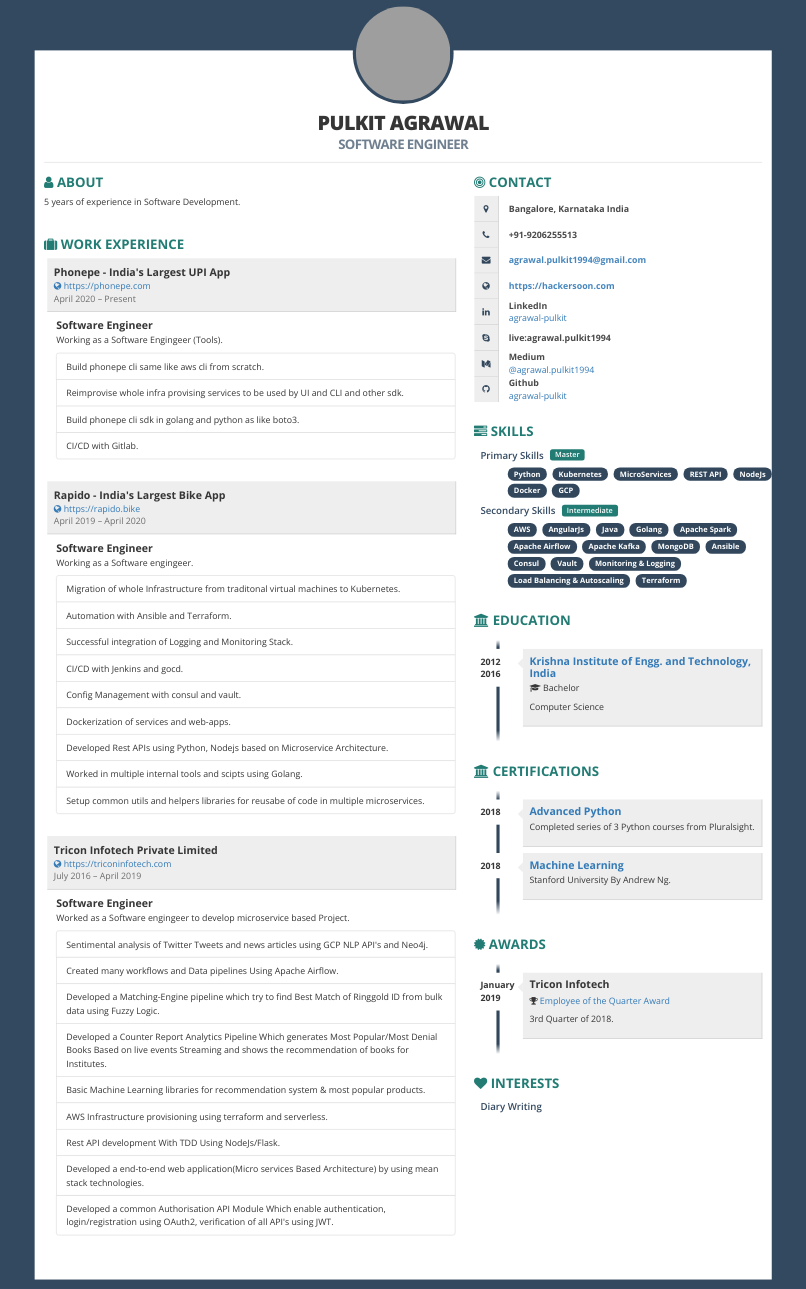
Repository: agrawal-pulkit/pulkit_resume
Page: public/pulkit.html
An editor plug-in stored every save of this project. The page is shown before and after the next save, followed by the edit.
The browser window is 1280 px wide. The pictures show the whole page, at 63% of full size.
Pictures or frames that could not be fetched are drawn as grey boxes.

Above is the page before, as saved 2021-09-22 13:57:35.

### public/pulkit.html
<!DOCTYPE html>
<html lang="en">
  <head>
    <meta http-equiv="Content-Type" content="text/html; charset=UTF-8">
    <meta charset="utf-8">
    <meta http-equiv="X-UA-Compatible" content="IE=edge,chrome=1">
    <meta name="viewport" content="width=device-width, initial-scale=1">
    <title>Resume of Pulkit Agrawal</title>
    <link href="https://maxcdn.bootstrapcdn.com/bootstrap/3.3.7/css/bootstrap.min.css" rel="stylesheet">
    <link href="https://maxcdn.bootstrapcdn.com/font-awesome/4.7.0/css/font-awesome.min.css" rel="stylesheet">
    <style type="text/css">
    @import url(https://fonts.googleapis.com/css?family=Open+Sans:400,600,700,800);
@charset "utf-8";
@-webkit-viewport   { width: device-width; }
@-moz-viewport      { width: device-width; }
@-ms-viewport       { width: device-width; }
@-o-viewport        { width: device-width; }
@viewport           { width: device-width; }

body{
  font-family: 'Open Sans', Arial, Tahoma;
  font-weight: 400;
  color: #363636;
  background: #334960;
}
blockquote {
  font-size: 1em;
}

.container{
  margin-top: 80px;
  margin-bottom: 15px;
  background: #fff;
}

#photo-header{
  margin-top: -75px;
}
#photo{
  width: 160px;
  height: 160px;
  border-radius: 50%;
  overflow: hidden;
  padding: 5px;
  background: #334960;
  display: inline-block;
}
#photo img{
  width: 150px;
  height: 150px;
  border-radius: 50%;
}
#text-header h1{
  margin: 0;
  padding: 0;
  font-size: 1.5em;
  font-weight: 700;
  text-transform: uppercase;
  letter-spacing: -1px;
}
#text-header h1::first-line{
  font-size: 1.5em;
  font-weight: 800;
  line-height: 1.5em;
}
#text-header h1 span{
  color: #334960;
  opacity: 0.7;
}
#text-header h1 sup{
  opacity: 0.5;
}
#text-header:after{
  width: 100%;
  height: 3px;
  border-bottom: 1px solid #ddd;
  margin-top: 15px;
  content: '';
  display: block;
}

.box{
  padding-bottom: 10px;
  margin-bottom: 25px;
}
.box h2{
  color: #227c74;
  font-size: 1.5em;
  font-weight: 700;
  text-transform: uppercase;
}

#awards,
#education{
  margin-top: 20px;
  margin-bottom: 0;
  position: relative;
  padding: 1em 0;
  list-style: none;
}
#awards:before,
#education:before {
  width: 5px;
  height: 100%;
  position: absolute;
  left: 35px;
  top: 0;
  content: ' ';
  display: block;
  background: #32475c;
  background: -moz-linear-gradient(top,  #ffffff 0%, #32475c 7%, #32475c 89%, #ffffff 100%);
  background: -webkit-gradient(linear, left top, left bottom, color-stop(0%,#ffffff), color-stop(7%,#32475c), color-stop(89%,#32475c), color-stop(100%,#ffffff));
  background: -webkit-linear-gradient(top,  #ffffff 0%,#32475c 7%,#32475c 89%,#ffffff 100%);
  background: -o-linear-gradient(top,  #ffffff 0%,#32475c 7%,#32475c 89%,#ffffff 100%);
  background: -ms-linear-gradient(top,  #ffffff 0%,#32475c 7%,#32475c 89%,#ffffff 100%);
  background: linear-gradient(to bottom,  #ffffff 0%,#32475c 7%,#32475c 89%,#ffffff 100%);
  filter: progid:DXImageTransform.Microsoft.gradient( startColorstr='#ffffff', endColorstr='#ffffff',GradientType=0 );
}
#awards li,
#education li{
  width: 100%;
  z-index: 2;
  position: relative;
  float: left;
}
#awards .year,
#education .year{
  width: 14%;
  background: #fff;
  padding: 10px;
  font-weight: 700;
  display: inline-block;
}
#awards .description,
#education .description{
  width: 83%;
  display: inline-block;
  background: #eee;
  margin-bottom: 10px;
  position: relative;
  padding: 10px;
  border-bottom: 1px solid #ccc;
  border-right: 1px solid #ccc;
}
#awards .description:after,
#education .description:after {
  content: '';
  position: absolute;
  top: 15px;
  right: 0;
  left: -16px;
  height: 0;
  width: 0;
  border: solid transparent;
  border-right-color: #eee;
  border-width: 8px;
  pointer-events: none;
}
#awards .description h3,
#education .description h3{
  font-size: 1.2em;
  margin: 0;
  padding: 0;
  font-weight: 700;
}
#awards .description p,
#education .description p{
  margin-top: 5px;
  padding: 0;
}

.job{
  margin-bottom: 15px;
}
.job .details {
  margin-left: 3%;
  width: 95%;
  padding: 10px;
  margin-bottom: 10px;
  background: #eee;
  border-bottom: 1px solid #ccc;
  border-right: 1px solid #ccc;
}
.job .where{
  font-size: 1.2em;
  font-weight: bold;
}
.job .year{
  opacity: 0.7;
}
.job .profession{
  font-size: 1.2em;
  font-weight: bold;
}
.job .description{
  line-height: 1.5em;
}
.job .highlights{
  padding: 5px 0;
  font-weight: bold;
}
.job .job-details {
  padding-left: 5%;
  width: 100%;
}
.publication {
  margin-bottom: 0;
}
.publication .name{
  font-size: 1em;
  font-weight: bold;
}
.publication .year{
    opacity: 0.7;
}
.publication p{
  margin: 0;
  padding-top: 10px;
}

.contact-item{
  width: 100%;
  float: left;
}
.contact-item .icon{
  padding: 10px;
  border-right: 1px solid #ccc;
  border-bottom: 1px solid #ccc;
  color: #32475c;
  background: #eee;
}
.contact-item:last-child .icon{
  border-bottom: none;
}
.contact-item .title{
  width: 80%;
  width: calc(100% - 55px);
  font-weight: 700;
  opacity: 0.9;
}
.contact-item .title.only{
  margin-top: 10px;
}
.contact-item .description{
  width: 80%;
  width: calc(100% - 55px);
  color: #334960;
}

.item-interests,
.item-skills{
  height: 30px;
  color: #334960;
  padding: 5px 10px;
  margin-bottom: 5px;
  white-space: nowrap;
  overflow: hidden;
  text-overflow: ellipsis;
  font-size: 1.1em;
  font-weight: 600;
}
.interest,
.skill{
  color: #fff;
  display: inline-block;
  margin-right: 5px;
  margin-bottom: 5px;
  padding: 5px 10px;
  background: #32475c;
  position: relative;
  font-size: .85em;
}
.skill-level {
  background-color: #227c74;
  border-radius: 4px;
  color: #fff;
  padding: 1px 8px;
  font-size: .75em;
  position: absolute;
  margin: 1px 10px;
}

#language-skills .skill{
  margin: 10px 0;
  padding-bottom: 10px;
  border-bottom: 1px solid #eee;
}

    </style>
    <style type="text/css" media="print">
    body {
  font-size: .95em;
  -webkit-print-color-adjust: exact;
}

a[href]:after {
  content: none !important;
}

#photo{
  display: none;
}

.box {
  margin-bottom: -10px;
}

blockquote,
#education,
#awards,
.contact-item,
.publication,
.skills,
.interests {
  page-break-inside: avoid;
}

.col-sm-5{
  width: 40%;
  padding: 0 15px;
}

.col-sm-7{
  width: 60%;
  padding: 0 15px;
}

.skills .col-sm-offset-1,
.interests .col-sm-offset-1{
  margin-top: -10px;
  margin-bottom: 5px;
}

#education {
  margin: 0;
  margin-bottom: -20px;
}
#awards:before,
#education:before {
  background: none;
}

#awards .description,
#education .description,
.job .details {
  border: 1px solid #eee;
}
.publication,
.publication .panel-heading,
.publication .name{
  margin: 0;
  padding: 0 5px;
  border: none;
}
.publication .panel-body {
  padding: 0 10px;
  margin: 0;
}

.badge {
  margin: 0;
}

.list-group-item{
  border: none;
  margin: 0;
  padding: 5px 15px;
}
.list-group-item:after{
  content: '';
  position: absolute;
  top: 8px;
  right: 0;
  left: -1px;
  height: 0;
  width: 0;
  border: solid transparent;
  border-right-color: #999;
  border-width: 4px;
  pointer-events: none;
 }

    </style>
  </head>
  <body>
    <div class="container">
      <div class="row">
        <div class="col-xs-12">
          <div id="photo-header" class="text-center">
            <!-- PHOTO (AVATAR) -->
            <div id="photo">
              <img src="self.jpg" alt="avatar">
            </div>
            <div id="text-header" >
              <h1>Pulkit Agrawal<br><span>Software Engineer</span></h1>
            </div>
          </div>
        </div>
      </div>
      <div class="row">
        <div class="col-xs-12 col-sm-7">
          <!-- ABOUT ME -->
          <div class="box">
            <h2><i class="fa fa-user ico"></i> About</h2>
            <p>5 years of experience in Software Development.</p>
          </div>
          <!-- WORK EXPERIENCE -->
          <div class="box">
            <h2><i class= "fa fa-suitcase ico"></i> Work Experience</h2>
            <div class="job clearfix">
                <div class="row">
                  <div class="details">
                    <div class="where">Phonepe - India&#39;s Largest UPI App</div>
                    <div class="address">
                      <a href="https:&#x2F;&#x2F;phonepe.com" target= "_blank"><i class="fa fa-globe ico"></i> https:&#x2F;&#x2F;phonepe.com</a>
                    </div>
                    <div class="year">April 2020 – Present</div>
                  </div>
                </div>
                <div class="row">
                  <div class="job-details col-xs-11">
                    <div class="profession">Software Engineer</div>
                    <div class="description">
                      Working as a Software Engingeer (Tools).
                      <div class="highlights"></div>
                      <ul class="list-group">
                        <li class="list-group-item">Build phonepe cli same like aws cli from scratch.</li>
                        <li class="list-group-item">Reimprovise whole infra provising services to be used by UI and CLI and other sdk.</li>
                        <li class="list-group-item">Build phonepe cli sdk in golang and python as like boto3.</li>
                        <li class="list-group-item">CI/CD with Gitlab.</li>
                      </ul>
                    </div>
                  </div>
                </div>
              </div>
              <div class="job clearfix">
                <div class="row">
                  <div class="details">
                    <div class="where">Rapido - India&#39;s Largest Bike App</div>
                    <div class="address">
                      <a href="https:&#x2F;&#x2F;rapido.bike" target= "_blank"><i class="fa fa-globe ico"></i> https:&#x2F;&#x2F;rapido.bike</a>
                    </div>
                    <div class="year">April 2019 – April 2020</div>
                  </div>
                </div>
                <div class="row">
                  <div class="job-details col-xs-11">
                    <div class="profession">Software Engineer</div>
                    <div class="description">
                      Working as a Software engingeer.
                      <div class="highlights"></div>
                      <ul class="list-group">
                        <li class="list-group-item">Migration of whole Infrastructure from traditonal virtual machines to Kubernetes.</li>
                        <li class="list-group-item">Automation with Ansible and Terraform.</li>
                        <li class="list-group-item">Successful integration of Logging and Monitoring Stack.</li>
                        <li class="list-group-item">CI/CD with Jenkins and gocd.</li>
                        <li class="list-group-item">Config Management with consul and vault.</li>
                        <li class="list-group-item">Dockerization of services and web-apps.</li>
                        <li class="list-group-item">Developed Rest APIs using Python, Nodejs based on Microservice Architecture.</li>
                        <li class="list-group-item">Worked in multiple internal tools and scipts using Golang.</li>
                        <li class="list-group-item">Setup common utils and helpers libraries for reusabe of code in multiple microservices.</li>
                      </ul>
                    </div>
                  </div>
                </div>
              </div>
              <div class="job clearfix">
                <div class="row">
                  <div class="details">
                    <div class="where">Tricon Infotech Private Limited</div>
                    <div class="address">
                      <a href="https:&#x2F;&#x2F;triconinfotech.com" target= "_blank"><i class="fa fa-globe ico"></i> https:&#x2F;&#x2F;triconinfotech.com</a>
                    </div>
                    <div class="year">July 2016 – April  2019</div>
                  </div>
                </div>
                <div class="row">
                  <div class="job-details col-xs-11">
                    <div class="profession">Software Engineer</div>
                    <div class="description">
                      Worked as a Software engingeer to develop microservice based Project.
                      <div class="highlights"></div>
                      <ul class="list-group">
                        <li class="list-group-item">Sentimental analysis of Twitter Tweets and news articles using GCP NLP API's and Neo4j.</li>
                        <li class="list-group-item">Created many workflows and Data pipelines Using Apache Airflow.</li>
                        <li class="list-group-item">Developed a Matching-Engine pipeline which try to find Best Match of Ringgold ID from bulk data using Fuzzy Logic.</li>
                        <li class="list-group-item">Developed a Counter Report Analytics Pipeline Which generates Most Popular/Most Denial Books Based on live events Streaming and shows the recommendation of books for Institutes.</li>
                        <li class="list-group-item">Basic Machine Learning libraries for recommendation system & most popular products.</li>
                        <li class="list-group-item">AWS Infrastructure provisioning using terraform and serverless.</li>
                        <li class="list-group-item">Rest API development With TDD Using NodeJs/Flask.</li>
                        <li class="list-group-item">Developed a end-to-end web application(Micro services Based Architecture) by using mean stack technologies.</li>
                        <li class="list-group-item">Developed a common Authorisation API Module Which enable authentication, login/registration using OAuth2, verification of all API's using JWT.</li>
                      </ul>
                    </div>
                  </div>
                </div>
              </div>
          </div>

        </div>
        <div class="col-xs-12 col-sm-5">
          <!-- CONTACT -->
          <div class="box clearfix">
            <h2><i class="fa fa-bullseye ico"></i> Contact</h2>
            <div class="contact-item">
              <div class="icon pull-left text-center"><span class="fa fa-map-marker fa-fw"></span></div>

              <div class="title only  pull-right">Bangalore, Karnataka India</div>
            </div>
            <div class="contact-item">
              <div class="icon pull-left text-center"><span class="fa fa-phone fa-fw"></span></div>
              <div class="title only pull-right">+91-9206255513</div>
            </div>
            <div class="contact-item">
              <div class="icon pull-left text-center"><span class="fa fa-envelope fa-fw"></span></div>
              <div class="title only pull-right"><a href="mailto:agrawal.pulkit1994@gmail.com" target="_blank">agrawal.pulkit1994@gmail.com</a></div>
            </div>
            <div class="contact-item">
              <div class="icon pull-left text-center"><span class="fa fa-globe fa-fw"></span></div>
              <div class="title only pull-right"><a href="https:&#x2F;&#x2F;hackersoon.com" target="_blank">https:&#x2F;&#x2F;hackersoon.com</a></div>
            </div>
            <div class="contact-item">
              <div class="icon pull-left text-center"><span class="fa fa-linkedin fa-fw"></span></div>
              <div class="title pull-right">LinkedIn</div>
              <div class="description pull-right"><a href="https:&#x2F;&#x2F;www.linkedin.com&#x2F;in&#x2F;agrawal-pulkit&#x2F;" target="_blank">agrawal-pulkit</a></div>
            </div>
            <div class="contact-item">
              <div class="icon pull-left text-center"><span class="fa fa-skype fa-fw"></span></div>
              <div class="title only pull-right">live:agrawal.pulkit1994</div>
            </div>
            <div class="contact-item">
              <div class="icon pull-left text-center"><span class="fa fa-medium fa-fw"></span></div>
              <div class="title pull-right">Medium</div>
              <div class="description pull-right"><a href="https://medium.com/@agrawal.pulkit1994" target="_blank">@agrawal.pulkit1994</a></div>
            </div>
            <div class="contact-item">
              <div class="icon pull-left text-center"><span class="fa fa-github fa-fw"></span></div>
              <div class="title pull-right">Github</div>
              <div class="description pull-right"><a href="https://www.github.com/agrawal-pulkit" target="_blank">agrawal-pulkit</a></div>
            </div>
          </div>
          <!-- SKILLS -->
          <div class="box">
            <h2><i class="fa fa-tasks ico"></i> Skills</h2>
            <div class="skills clearfix">
              <div class="item-skills">
                  Primary Skills
                  <span class="skill-level">Master</span>
              </div>
              <div class="col-sm-offset-1 col-sm-12 clearfix">
                <span class= "skill badge">Python</span>
                <span class= "skill badge">Kubernetes</span>
                <span class= "skill badge">MicroServices</span>
                <span class= "skill badge">REST API</span>
                <span class= "skill badge">NodeJs</span>
                <span class= "skill badge">Docker</span>
                <span class= "skill badge">GCP</span>
              </div>
            </div>
            <div class="skills clearfix">
              <div class="item-skills">
                  Secondary Skills
                  <span class="skill-level">Intermediate</span>
              </div>
              <div class="col-sm-offset-1 col-sm-12 clearfix">
                <span class= "skill badge">AWS</span>
                <span class= "skill badge">AngularJs</span>
                <span class= "skill badge">Java</span>
                <span class= "skill badge">Golang</span>
                <span class= "skill badge">Apache Spark</span>
                <span class= "skill badge">Apache Airflow</span>
                <span class= "skill badge">Apache Kafka</span>
                <span class= "skill badge">MongoDB</span>
                <span class= "skill badge">Ansible</span>
                <span class= "skill badge">Consul</span>
                <span class= "skill badge">Vault</span>
                <span class= "skill badge">Monitoring & Logging</span>
                <span class= "skill badge">Load Balancing & Autoscaling</span>
                <span class= "skill badge">Terraform</span>
              </div>
            </div>
          </div>
          <!-- EDUCATION -->
          <div class="box">
            <h2><i class="fa fa-university ico"></i> Education</h2>
            <ul id="education" class="clearfix">
              <li>
                <div class="year pull-left">2012 2016</div>
                <div class="description pull-right">
                  <h3><a href="https://www.kiet.edu/" target="_blank">Krishna Institute of Engg. and Technology, India</a></h3>
                  <p><i class= "fa fa-graduation-cap ico"></i> Bachelor</p>
                  <p>Computer Science</p>
                </div>
              </li>
            </ul>
          </div>
          <!-- TRAINING-->
          <div class="box">
            <h2><i class="fa fa-university ico"></i> CERTIFICATIONS</h2>
            <ul id="education" class="clearfix">
              <li>
                <div class="year pull-left">2018</div>
                <div class="description pull-right">
                  <h3><a href="https://www.pluralsight.com/courses/advanced-python" target="_blank">Advanced Python</a></h3>
                  <p>Completed series of 3 Python courses from Pluralsight.</p>
                </div>
              </li>
              <li>
                <div class="year pull-left">2018</div>
                <div class="description pull-right">
                  <h3><a href="https://www.coursera.org/account/accomplishments/verify/ZCSCNJHZ4GG7" target="_blank">Machine Learning</a></h3>
                  <p>Stanford University By Andrew Ng.</p>
                </div>
              </li>
            </ul>
          </div>
          <!-- AWARDS -->
          <div class="box">
            <h2><i class="fa fa-certificate ico"></i> Awards</h2>
            <ul id="awards" class="clearfix">
              <li>
                <div class="year pull-left">January  2019</div>
                <div class="description pull-right">
                  <h3>Tricon Infotech</h3>
                  <p><i class="fa fa-trophy ico"></i><a href="https://www.linkedin.com/posts/agrawal-pulkit_tricon-employeeofthequarter-activity-6487242645247758336-apJr/" target="_blank">  Employee of the Quarter Award</a></p>
                  <p>3rd Quarter of 2018.</p>
                </div>
              </li>
            </ul>
          </div>
          <!-- HOBBIES -->
          <div class="box">
            <h2><i class="fa fa-heart ico"></i> Interests</h2>
            <div class="interests clearfix">
              <div class="item-interests">
                  Diary Writing
              </div>
              <div class="col-sm-offset-1 col-sm-12 clearfix">
              </div>
            </div>
          </div>
        </div>
      </div>
    </div>

  </body>
</html>

After the next save:
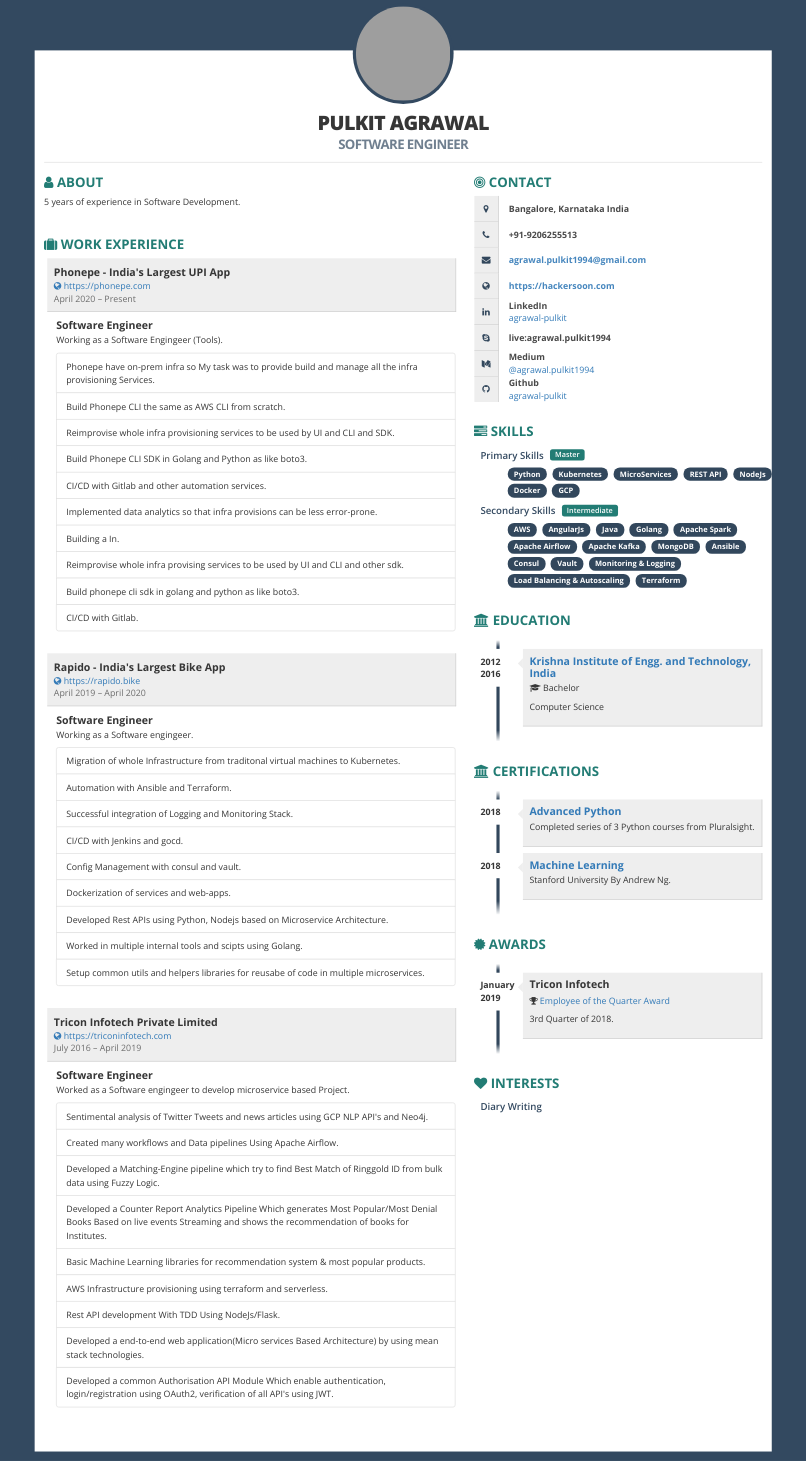
Saved 8 days later.
--- a/public/pulkit.html
+++ b/public/pulkit.html
@@ -424,7 +424,15 @@ blockquote,
                       Working as a Software Engingeer (Tools).
                       <div class="highlights"></div>
                       <ul class="list-group">
-                        <li class="list-group-item">Build phonepe cli same like aws cli from scratch.</li>
+                        <li class="list-group-item">Phonepe have on-prem infra so My task was to provide build and manage all the infra provisioning Services.</li>
+                        <li class="list-group-item">Build Phonepe CLI the same as AWS CLI from scratch.</li>
+                        <li class="list-group-item">Reimprovise whole infra provisioning services to be used by UI and CLI and SDK.</li>
+                        <li class="list-group-item">Build Phonepe CLI SDK in Golang and Python as like boto3.</li>
+                        <li class="list-group-item">CI/CD with Gitlab and other automation services.</li>
+                        <li class="list-group-item">Implemented data analytics so that infra provisions can be less error-prone.</li>
+
+
+                        <li class="list-group-item">Building a In.</li>
                         <li class="list-group-item">Reimprovise whole infra provising services to be used by UI and CLI and other sdk.</li>
                         <li class="list-group-item">Build phonepe cli sdk in golang and python as like boto3.</li>
                         <li class="list-group-item">CI/CD with Gitlab.</li>
